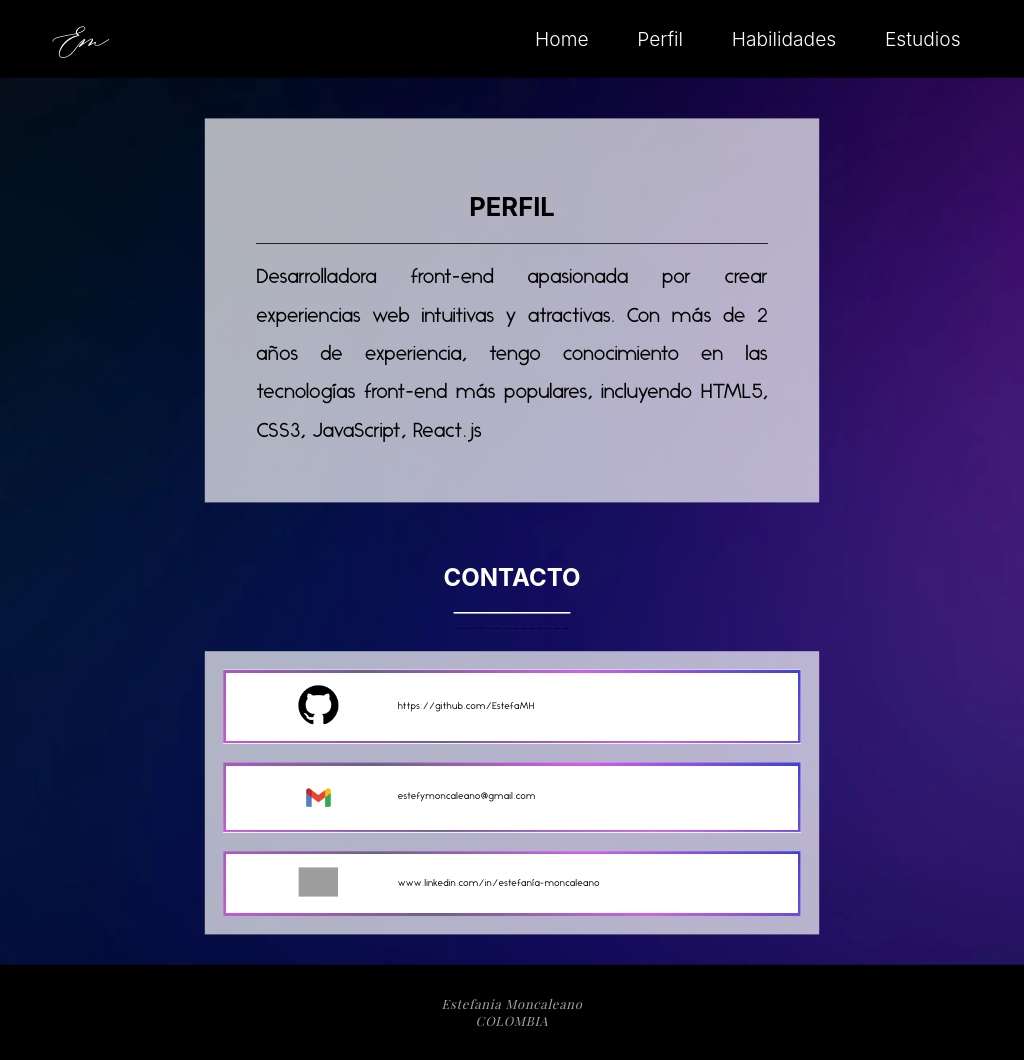
Repository: EstefaMH/PORTAFOLIO
Page: /aboutme
The author's editor kept a copy of each file at every save. The page is drawn from the files as they stood at one save, then again after the next save.
The browser window is 1280 px wide. The pictures show the whole page, at 80% of full size.
Pictures or frames that could not be fetched are drawn as grey boxes. Some web fonts or font styles are not loaded; a fallback is used. The project was rebuilt for these pictures with package versions that can differ from the ones it lists, and the page was loaded fresh each time. Also part of the build but not shown: src/pages/home/Home.js, src/pages/error/Error404.css, src/pages/error/Error404.js, src/pages/jobs/Jobs.js, src/models/Languages.js, src/components/project/project.js, src/pages/skills/Skills.css, src/pages/skills/Skills.js and 2 more.

Above is the page before, as saved 2024-05-23 22:46:31.

After the next save:
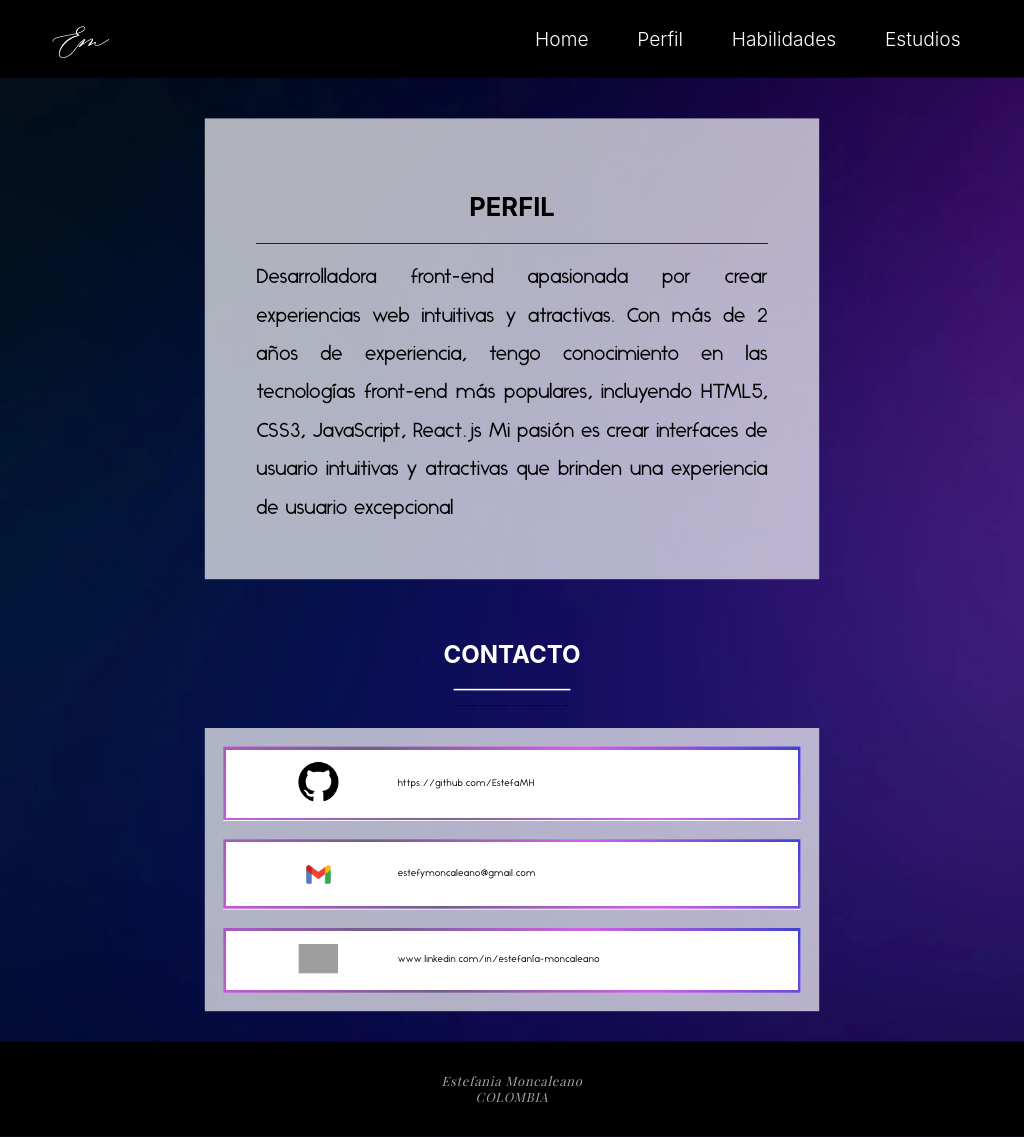
Saved 19 s later.
--- a/src/pages/aboutme/Aboutme.js
+++ b/src/pages/aboutme/Aboutme.js
@@ -20,7 +20,7 @@ function About() {
                     <p>
                         Desarrolladora front-end apasionada por crear experiencias web intuitivas y atractivas.
                         Con más de 2 años de experiencia, tengo conocimiento en las tecnologías front-end más populares, incluyendo HTML5, CSS3, JavaScript, React.js
-
+                        Mi pasión es crear interfaces de usuario intuitivas y atractivas que brinden una experiencia de usuario excepcional
                     </p>
                 </div>
             </section>
